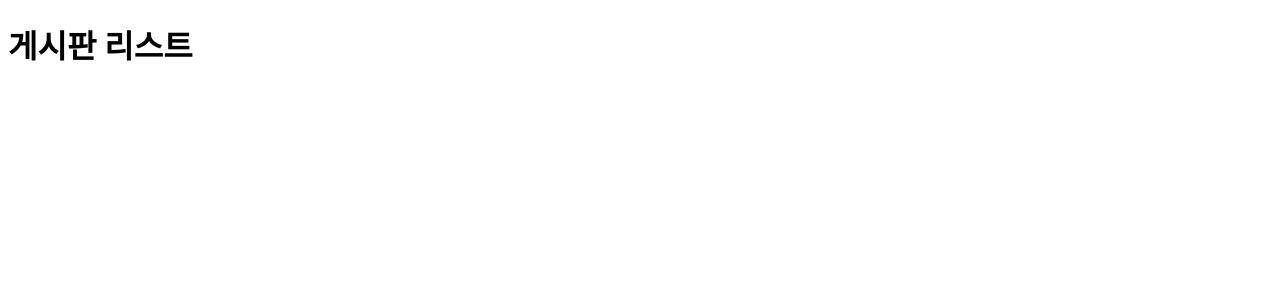
Repository: nsj2204/spring2
Page: http://localhost/ex01/board/update.do
The author's editor kept a copy of each file at every save. The page is drawn from the files as they stood at one save, then again after the next save.
The browser window is 1280 px wide. The pictures show the whole page.
The page is served by Tomcat 9. Other server files are loaded and not shown.

Above is the page before, as saved 2023-04-06 00:58:36.

### ex01/src/main/webapp/WEB-INF/views/board/update.jsp
<%@ page language="java" contentType="text/html; charset=UTF-8"
    pageEncoding="UTF-8"%>
<!DOCTYPE html>
<html>
<head>
<meta charset="UTF-8">
<title>Insert title here</title>
</head>
<body>
<h1>게시판 리스트</h1>
</body>
</html>

After the next save:
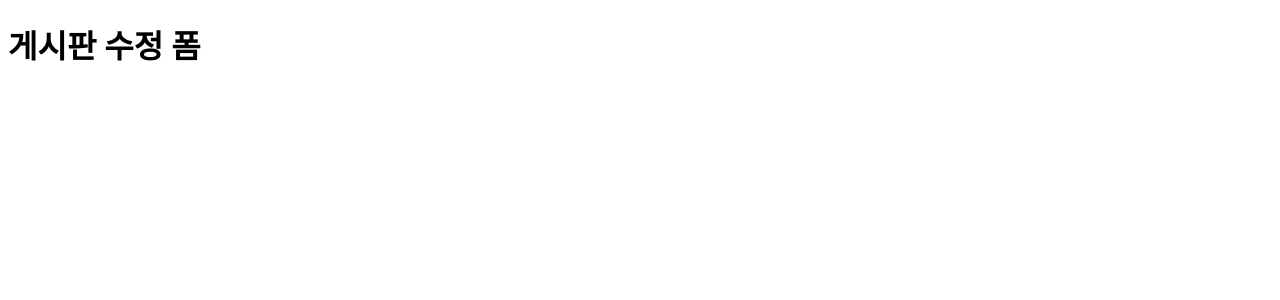
Saved 102 s later.
--- a/ex01/src/main/webapp/WEB-INF/views/board/update.jsp
+++ b/ex01/src/main/webapp/WEB-INF/views/board/update.jsp
@@ -7,6 +7,6 @@
 <title>Insert title here</title>
 </head>
 <body>
-<h1>게시판 리스트</h1>
+<h1>게시판 수정 폼</h1>
 </body>
 </html>
